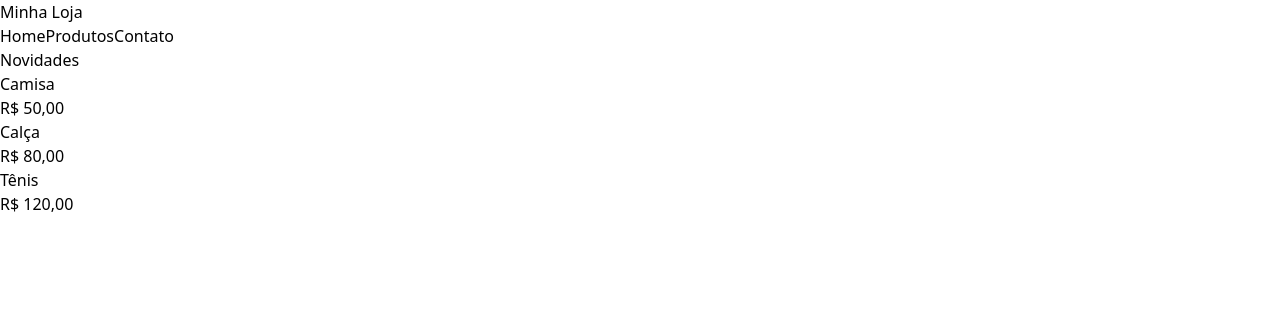
Repository: cleytonds/loja-online
Page: /
These files come from the project's save history. The page is drawn as it stood at one moment and after the next save; the edit follows.
The browser window is 1280 px wide. The pictures show the whole page.
The project was rebuilt for these pictures with package versions that can differ from the ones it lists, and the page was loaded fresh each time.

Above is the page before, as saved 2026-02-22 20:32:34.

### src/App.jsx
import { BrowserRouter, Routes, Route } from 'react-router-dom'
import Home from './pages/Home'

function App() {
  return (
    <BrowserRouter>
      <Routes>
        <Route path="/" element={<Home />} />
      </Routes>
    </BrowserRouter>
  )
}

export default App

### src/pages/Home.jsx
import Header from '../components/Header'

function Home() {
  return (
    <>
      <Header />

      <main className="max-w-7xl mx-auto px-6 py-10">
        <h2 className="text-3xl font-bold mb-8">Novidades</h2>

        <div className="grid grid-cols-1 sm:grid-cols-2 md:grid-cols-3 gap-6">
          <div className="bg-white p-4 shadow rounded">
            <h3 className="font-semibold text-lg">Camisa</h3>
            <p className="text-gray-600">R$ 50,00</p>
          </div>

          <div className="bg-white p-4 shadow rounded">
            <h3 className="font-semibold text-lg">Calça</h3>
            <p className="text-gray-600">R$ 80,00</p>
          </div>

          <div className="bg-white p-4 shadow rounded">
            <h3 className="font-semibold text-lg">Tênis</h3>
            <p className="text-gray-600">R$ 120,00</p>
          </div>
        </div>
      </main>
    </>
  )
}

export default Home

### src/components/Header.jsx
function Header() {
  return (
    <header className="bg-white shadow-md">
      <div className="max-w-7xl mx-auto px-6 py-4 flex items-center justify-between">
        <h1 className="text-2xl font-bold text-gray-800">Minha Loja</h1>

        <nav className="space-x-6">
          <a href="/" className="text-gray-600 hover:text-black">
            Home
          </a>
          <a href="#" className="text-gray-600 hover:text-black">
            Produtos
          </a>
          <a href="#" className="text-gray-600 hover:text-black">
            Contato
          </a>
        </nav>
      </div>
    </header>
  )
}

export default Header

### src/components/TopBar.jsx
function TopBar() {
  return (
    <div className="bg-black text-white text-sm">
      <div className="max-w-7xl mx-auto px-6 py-2 flex justify-between">
        <span>FRETE GRÁTIS em todo o site</span>
        <span>12 : 38 : 21</span>
      </div>
    </div>
  )
}

export default TopBar

Loaded but not shown: src/main.jsx (common file); src/index.css (common file)

After the next save:
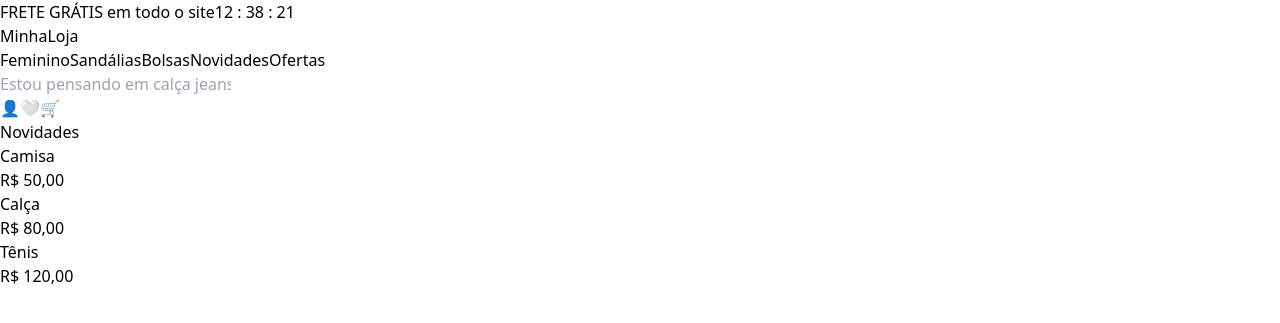
Saved 25 s later.
--- a/src/components/Header.jsx
+++ b/src/components/Header.jsx
@@ -1,22 +1,43 @@
+import TopBar from './TopBar'
+
 function Header() {
   return (
-    <header className="bg-white shadow-md">
-      <div className="max-w-7xl mx-auto px-6 py-4 flex items-center justify-between">
-        <h1 className="text-2xl font-bold text-gray-800">Minha Loja</h1>
+    <>
+      <TopBar />
 
-        <nav className="space-x-6">
-          <a href="/" className="text-gray-600 hover:text-black">
-            Home
-          </a>
-          <a href="#" className="text-gray-600 hover:text-black">
-            Produtos
-          </a>
-          <a href="#" className="text-gray-600 hover:text-black">
-            Contato
-          </a>
-        </nav>
-      </div>
-    </header>
+      <header className="bg-white shadow">
+        <div className="max-w-7xl mx-auto px-6 py-4 flex items-center gap-6">
+
+          {/* Logo */}
+          <h1 className="text-2xl font-bold">MinhaLoja</h1>
+
+          {/* Menu */}
+          <nav className="hidden md:flex gap-6 text-sm font-medium">
+            <a href="#" className="hover:text-red-500">Feminino</a>
+            <a href="#" className="hover:text-red-500">Sandálias</a>
+            <a href="#" className="hover:text-red-500">Bolsas</a>
+            <a href="#" className="hover:text-red-500">Novidades</a>
+            <a href="#" className="text-red-500 font-semibold">Ofertas</a>
+          </nav>
+
+          {/* Busca */}
+          <div className="flex-1 hidden md:block">
+            <input
+              type="text"
+              placeholder="Estou pensando em calça jeans"
+              className="w-full bg-gray-100 rounded-full px-4 py-2 outline-none"
+            />
+          </div>
+
+          {/* Ícones */}
+          <div className="flex gap-4 text-xl">
+            <span>👤</span>
+            <span>🤍</span>
+            <span>🛒</span>
+          </div>
+        </div>
+      </header>
+    </>
   )
 }
 
